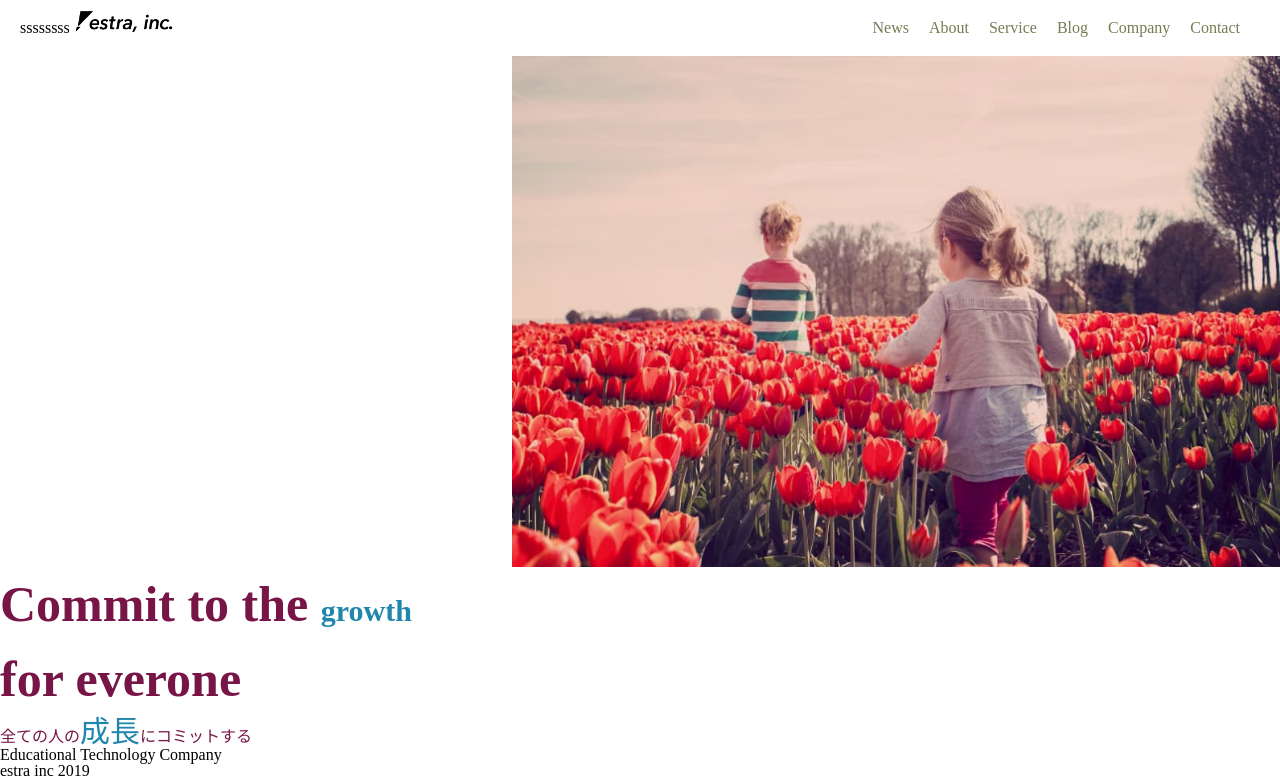
Repository: masanarimiura/20220504miura
Page: index.html
An editor plug-in stored every save of this project. The page is shown before and after the next save, followed by the edit.
The browser window is 1280 px wide. The pictures show the whole page.
Some web fonts or font styles are not loaded; a fallback is used.

Above is the page before, as saved 2022-05-04 18:27:28.

After the next save:
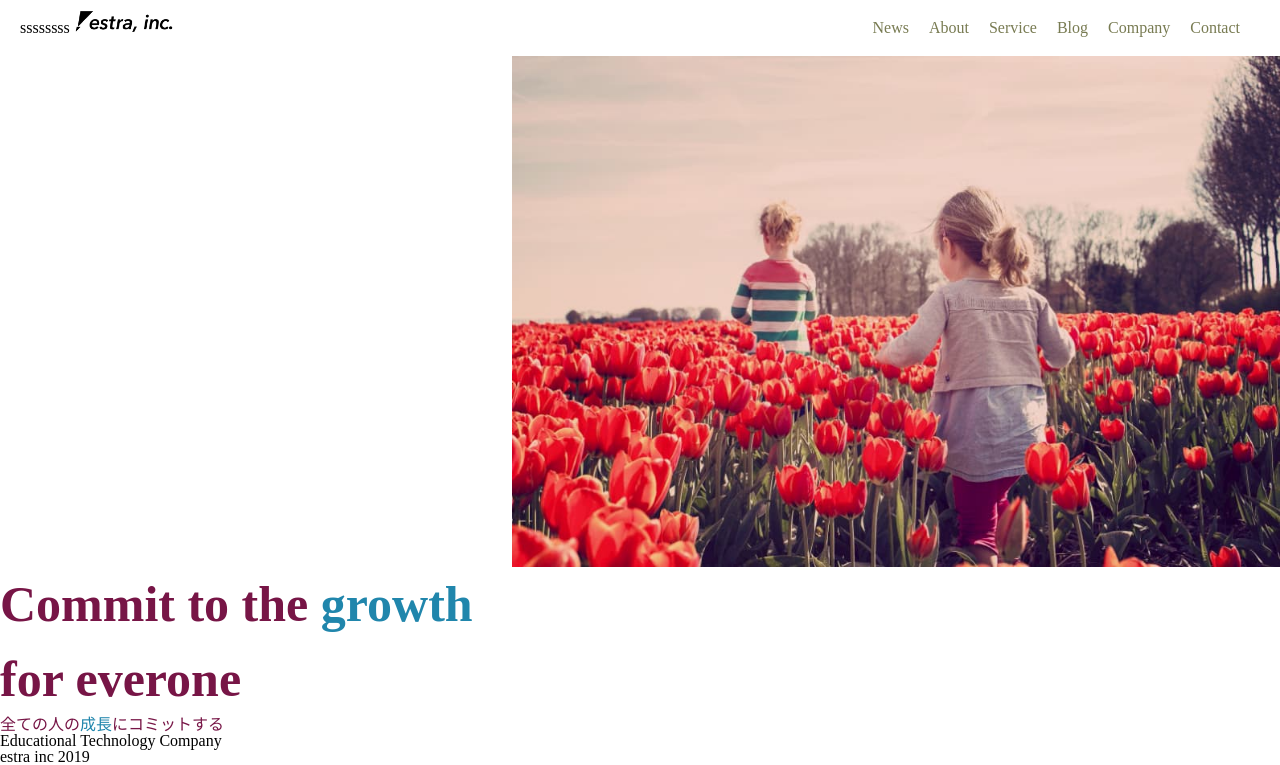
Saved 4 s later.
--- a/css/style.css
+++ b/css/style.css
@@ -46,5 +46,5 @@ a {
 }
 .firstview-text-emphasis {
   color: rgb(32, 134, 172);
-  font-size: 30px;
+
 }
